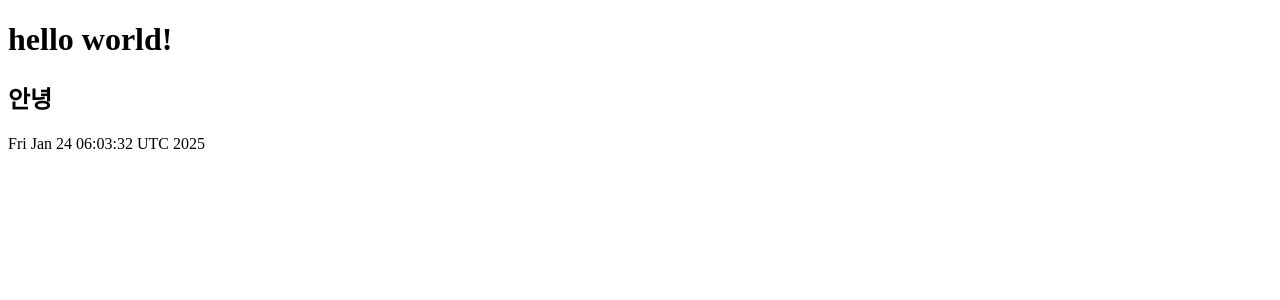
Repository: SaeMi-Kwon/jhta-Jsp
Page: http://localhost/jsp01/test01.jsp
The author's editor kept a copy of each file at every save. The page is drawn from the files as they stood at one save, then again after the next save.
The browser window is 1280 px wide. The pictures show the whole page.
The page is served by Tomcat 9.

Above is the page before, as saved 2025-01-24 06:16:35.

### jsp01/src/main/webapp/test01.jsp
<%@page import="java.util.Date"%>
<%@ page language="java" contentType="text/html; charset=EUC-KR"
    pageEncoding="EUC-KR"%>
<!DOCTYPE html>
<html>
<head>
<meta charset="EUC-KR">
<title>Insert title here</title>
</head>
<body>
	<h1>hello world!</h1>
	<h2>안녕</h2>

	<%  //스크립트릿
		Date d=new Date();
		System.out.println(d);
		out.print(d);  //웹브라우저에 출력하기
	%>
</body>
</html>

After the next save:
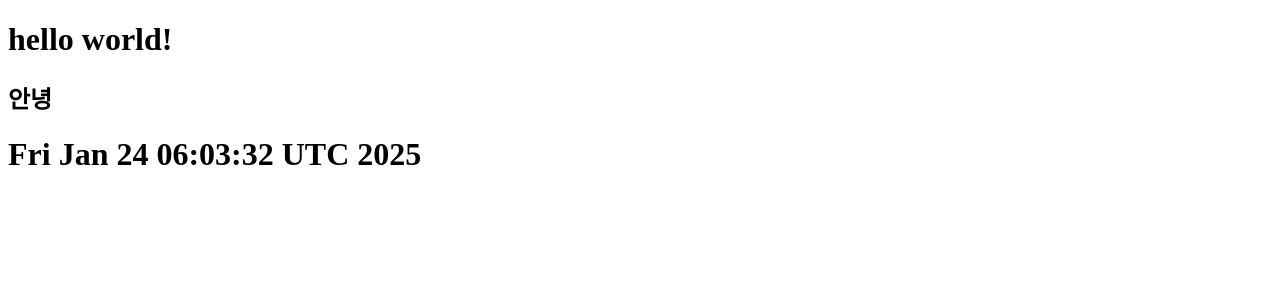
Saved 2 min 35 s later.
--- a/jsp01/src/main/webapp/test01.jsp
+++ b/jsp01/src/main/webapp/test01.jsp
@@ -11,10 +11,10 @@
 	<h1>hello world!</h1>
 	<h2>안녕</h2>
 
-	<%  //스크립트릿
+	<%  //스크립트릿 -> 자바코드 영역
 		Date d=new Date();
 		System.out.println(d);
-		out.print(d);  //웹브라우저에 출력하기
+		out.print("<h1>" + d + "</h1>");  //웹브라우저에 출력하기
 	%>
 </body>
 </html>
